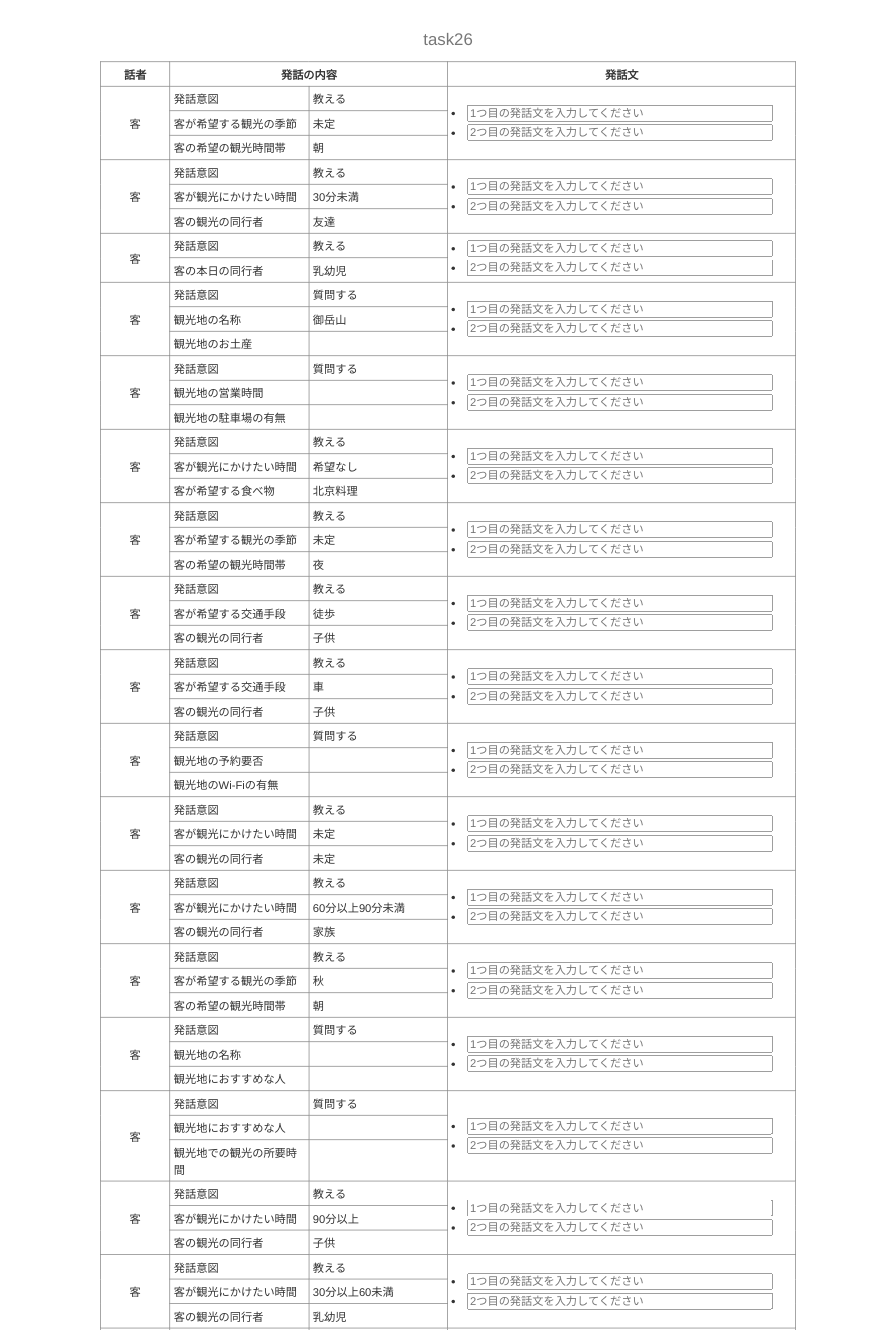
Repository: FlowRobocon/data_collection
Page: scbkfp0xf3u0.html
An editor plug-in stored every save of this project. The page is shown before and after the next save, followed by the edit.
The browser window is 1280 px wide. The pictures show the part of the page from y = 3534 to 5434 px (the page is 5827 px tall before and 5875 px after), at 70% of full size.
A picture or video elsewhere on the page could not be fetched, so the positions and the page height are approximate. Some web libraries are served in a nearby version.

Above is the page before, as saved 2022-07-24 16:29:11.

### scbkfp0xf3u0.html
<link rel="stylesheet" href="https://maxcdn.bootstrapcdn.com/bootstrap/3.3.7/css/bootstrap.min.css">

<head>
    <meta charset="utf-8">
    <title>発話作成ページ</title>
    <style>
        body {
            background-color: #ffffff;
            font-size: 16px;
        }

        td,
        th {
            padding: 5px;
        }

        p {
            clear: both;
        }

        .container {
            width: 80%;
        }

        .dialog-contents {
            background-color: lightgray;
        }

        figure.images {
            float: left;
            padding-right: 20px;
        }
    </style>
</head>

<body>
    <div class="container" id='Instruction'>
        <h2>作業概要</h2>
            <p>旅行代理店における後述の対話状況において，客の発話（話す言葉）を作成していただきます．作業内容は，<strong>指定される「発話の意図」および「発話に含めたい情報」を全て含んだ発話を作成する</strong>，というものです．</p>
            <!-- <p>※ 作業時間は40分程度と予想されます．<br>※
                <font color=red>本ページを再読み込みすると，それまでに入力された情報はすべてリセットされますのでご注意ください．</font>
            </p> -->
            <p>※<font color=red>本ページを再読み込みすると，それまでに入力された情報はすべてリセットされますのでご注意ください．</font></p>
            <h3>対話状況</h3>
                <ul style="background-color:lightgray;">
                    <li><strong>旅行代理店で客と店員（カウンターセールス）が会話している</strong></li>
                    <li><strong>客は</strong>，訪れる観光地を候補として2箇所決めており，そのどちらに行くかを店員と相談して決めたい</li>
                    <li><strong>店員は</strong>，2つの観光地の見所などを説明したり，客からの質問に答えたりしながら，観光地を決める手助けをする</li>
                </ul>
    </div>
    <div class="container" id="work">
        <h2>作業</h2>
        <p>
            <h3>1-1. CrowdWorksでのワーカーID・表示名を入力してください</h3>
            <p>ワーカーID：<input type="text" id="WorkerID" name="WorkerID" /></p>
            <p>表示名：<input type="text" id="WorkerName" name="WorkerName" /></p>
        </p>
        <!-- <p>
            <h3>1-2. ご自身の性別と年代を選択してください</h3>
            <p>
                性別：
                <input name="Gender" type="radio" value="M" />男性
                <input name="Gender" type="radio" value="F" />女性
                <input name="Gender" type="radio" value="O" />その他
            </p>
            <p>
                年齢：
                <input name="Age" type="radio" value="10~20" />10代
                <input name="Age" type="radio" value="20~30" />20代
                <input name="Age" type="radio" value="30~40" />30代
                <input name="Age" type="radio" value="40~50" />40代
                <input name="Age" type="radio" value="50~60" />50代
                <input name="Age" type="radio" value="60~" />60代以上
            </p>
        </p> -->
        <p>
            <h3>2-1. 2つの発話を作成してください</h3>
            <p>以下のガイドラインと注意事項によく目を通してから，本ページ下部の表を埋めるかたちで作業してください．</p>
            <p>
                <font color=maroon><strong>ガイドライン</strong></font>
            </p>
            <img src="figs/guidelines_image.png" width="900">
            <ul>
                <li>表の各行は，「話者」，「発話の内容」，「発話文」からなります．</li>
                <li><strong>「話者」の列には</strong>，客と店員の内，どちらの発話であるかが示されています</li>
                <li><strong>「発話の内容」の列には</strong>，あなたが作成するべき発話の意図や発話に含めたい情報が示されています．</li>
                <li><strong>「発話文」の列に</strong>，あなたが考えた「話者」が「発話の内容」を伝える際の発話文を記入します．まず，発話を<strong>一種類</strong>考えて上の入力欄に記入してください．次に，<strong>違う言い方</strong>で<strong>同じ内容</strong>を言う発話を考えて下の入力欄に記入してください．</li>
                <ul>
                    <li>発話の内容は同じまま，<strong>口調や表現，伝え方</strong>を変えることでバリエーションのある発話文を作成してください．</li>
                    <li>実際の旅行代理店で想定されるような，<strong>できるだけ自然な</strong>発話文を作成してください．</li>
                    <ul>
                        <li>テキスト文ではありますが，<strong>書き言葉ではなく</strong>対面で対話していることを想定した<strong>話し言葉</strong>で作成してください．</li>
                        <li>発話の丁寧さは，旅行代理店における対話において不自然でないと考えられる範囲で自由に設定してください．</li>
                    </ul>
                    <li>発話意図の説明は<a href="files/user_intent_explanation.pdf" target="_blank">こちら</a>をご覧ください．（CrowdWorksの添付ファイル「客の発話意図の説明.pdf」と同一の内容です）</li>
                    <li>一つの発話を複数の文で作成しても構いません．</li>
                    <li>「発話に含めたい情報」が複数指定されていることがあります．その際は，<strong>1つの発話だけ</strong>で<strong>全ての</strong>「発話に含めたい情報」を含むように発話を作成する必要があります．</li>
                        <p>【良い例】
                        <img src="figs/good_example1.png" width="900">
                        </p>
                        <p>【悪い例】
                        <img src="figs/bad_example1.png" width="900">
                        </p>
                        <li>複数の「発話に含めたい情報」を関連づけて発話文を作成しづらい場合は，「発話に含めたい情報」同士を強く関連づけず，並記するような発話文を作成していただいても大丈夫です．</li>
                    </li>
                    <li>"客の名前"に（※）が付いている場合には，話し相手をその名前で呼ぶような発話を作成してください．</li>
                    <ul>
                        <li>(例)「発話意図：質問する，客の名前（※）：鈴木，観光地への同行者：空欄」の場合</li>
                        <ul>
                            <li>「鈴木様はどなたとご観光される予定ですか？」</li>
                        </ul>
                    </ul>
                </ul>
            </ul>
            <!-- <img src="figs/1.png" width="900"> -->

            <p>
                <font color=maroon><strong>発話文を作成する際の注意事項</strong></font>
            </p>
            <ul>

                    <!-- <ul>
                        <li>指示文「<span style="background-color:lightgray">箕面大滝に関する追加情報を要求する</span>」にしたがって作成する場合
                            <ul>
                                <li>作成例：<span style="background-color:lightgray">もっと箕面大滝について知りたいんだけど</span></li>
                                <li>作成例：<span style="background-color:lightgray">箕面大滝ってどんなところなんですか</span></li>
                            </ul>
                        </li>
                    </ul>
                    <li>各時点の指示文に含まれない内容は発話文に含めないでください（直前の発話を含む，過去の店員や客の発話に含まれる観光地名なども使用しないでください）．また，各時点より先（未来）の対話の流れは考慮しないでください．</li>
                    <li><strong>指示文に<font color=blue>青色</font>で書かれた単語が含まれている場合は，<font color=maroon>その単語を必ずそのままの形で発話文に含めてください</font></strong>．
                        <ul>
                            <li>指示文「<span style="background-color:lightgray;"><font color=blue>民家集落博物館</font>への観光経験は無いことを伝える</span>」にしたがって作成する場合
                                <ul>
                                    <li><strong>良い例</strong>：<span style="background-color:lightgray">民家集落博物館は行ったことないな</span></li>
                                    <li><strong>悪い例</strong>：<span style="background-color:lightgray">民家博物館は行ったことないんです</span></li>
                                    <li><strong>悪い例</strong>：<span style="background-color:lightgray">行ったことないな</span></li>
                                </ul>
                            </li>
                        </ul>
                    </li> -->
                    <li>「発話の意図」および「発話に含めたい情報」の指定が20個並んでいますが，それぞれ前後との関係は無い独立のものとして作業を行ってください．</li>
                    <li><strong>発話文に絵文字や顔文字を含めないでください．</strong></li>
            </ul>

            <h3>2-2. 作成した発話データをダウンロードして，CrowdWorksで提出してください</h3>
            <p>表の下方に設置されている
                <font bold>ダウンロード</font>をクリックすることで，入力された発話データをCSV形式でダウンロードすることができます．ダウンロードした発話データをCrowdWorksの作業ページで提出してください．</p>
            <p>
                <font color=maroon><strong>対話データの提出に関する注意事項</strong></font>
            </p>
            <ul>
                <!-- <li>2つの対話には，それぞれのダウンロードボタンが設けられていますので，必ず両方の対話データをダウンロードして提出してください．</li> -->
                <li>ダウンロードされるCSVファイルは文字コードの関係上文字化けしたように見えるかもしれませんが，問題ありません．</li>
                <li>1度ダウンロードされた対話データのファイル名やファイルの中身は編集しないでください．</li>
                <li>ダウンロードボタンをクリックしても対話データをダウンロードできない場合，全てのフォームが正しく入力されていない可能性があります．上記1-1.~2-1.の作業が正しくできているかを確認してください．</li>
            </ul>
        </p>
        <p>上記全ての作業が正確に行われていることが確認でき次第，CrowdWorksにてお仕事を承認し報酬をお支払いします．ただし，<strong>作業がインストラクション通りに行われていない場合や，明らかに対話の流れに沿わない発話や無関係な発話が確認できた場合は，不適切とみなし非承認とすることがありますのでご注意ください</strong>．</p>

    </div>
    <div class="container" id='Table1'></div>
    <div class="container" id='submit_button-1'>
        <br>
        <center><button class="btn btn-primary" id="submit-1" onclick="submit(0)">ダウンロード</button></center>
        <br>
    </div>
<!--     <script src="data/example.js"></script> -->
    <script src="script.js"></script>
    <script src="https://ajax.googleapis.com/ajax/libs/jquery/3.2.1/jquery.min.js"></script>
    <script language="javascript" type="text/javascript">
        let task_id = Math.floor(Math.random()*50);
        var speaker = "user"
        var json_data = ""
        $.getJSON("data/da_list-2022-0724/da_list-user-max2/group0/task" + String(task_id) + ".json", function(json) {
        json_data = json
        // console.log(String(task_id))
        // console.log(json);
        document.getElementById('Table1').innerHTML = create_table(task_id, json_data);
        });
    </script>

</body>

### script.js
const shuffle = ([...array]) => {
    for (let i = array.length - 1; i >= 0; i--) {
        const j = Math.floor(Math.random() * (i + 1));
        [array[i], array[j]] = [array[j], array[i]];
    }
    return array;
};


function create_table(task_id, json_data) {
    // const json_data = '[{"id": 1,"speaker": "user","intent": "教える","slots": {"客の名前": "鈴木"}},{"id": 2,"speaker": "system","intent": "観光地の名称を確認する","slots": {"客の名前": "鈴木","観光地1の名称": "お台場海浜公園","観光地2の名称": "第三台場"}}]';
    const dialog = json_data;

    var t_re = "";
    let table_title = "task" + task_id;

    t_re += '<table border="1" style="width:100%" align="center">' +
        '<caption>' +
        '<div class="text-center">' +
        '</br></br>' +
        '<h3>' +
        table_title +
        '</h3>' +
        '</div>' +
        '</caption>' +
        '<tbody>' +
        '<th style="width:10%; text-align:center">話者</th>' +
        '<th style="width:40%; text-align:center" colspan="2">発話の内容</th>' +
        '<th style="width:50%; text-align:center">発話文</th>'

    for (var i = 0; i < dialog.length; i++) {
        var table_tmp = '<tr>'
        let rowspan = String(1+Object.keys(dialog[i].slots).length)
        if (dialog[i].speaker == "system") {
            table_tmp += '<td style="width:10%; text-align:center" rowspan='+ rowspan + '>店員</td>'
        } else if (dialog[i].speaker == "user") {
            table_tmp += '<td style="width:10%; text-align:center" rowspan='+ rowspan + '>客</td>'
        }

        table_tmp += '<td style="width:20%;">発話意図</td><td style="width:20%;">' + dialog[i].intent + '</td>'
        table_tmp += '<td rowspan=' + rowspan + '>' +
            '<li><input type="text" id="' + task_id + "_" + dialog[i].id + "_" + dialog[i].speaker + "_utterance1" + '" name="' + dialog[i].id + "_" + i + "_" + dialog[i].speaker + "_utterance1" + '" style="width:90%;margin:2 0px;resize:none" placeholder="1つ目の発話文を入力してください"/></li>' +
            '<li><input type="text" id="' + task_id + "_" + dialog[i].id + "_" + dialog[i].speaker + "_utterance2" + '" name="' + dialog[i].id + "_" + i + "_" + dialog[i].speaker + "_utterance2" + '" style="width:90%;margin:2 0px;resize:none" placeholder="2つ目の発話文を入力してください"/></li>' +
            '</td></tr>';
        for (var s = 0; s < Object.keys(dialog[i].slots).length; s++) {
            if (Object.values(dialog[i].slots)[s] == "?") {
                table_tmp += '<tr><td style="width:20%;">' + Object.keys(dialog[i].slots)[s] + '</td><td style="width:20%;"></td></tr>'
            } else {
                table_tmp += '<tr><td style="width:20%;">' + Object.keys(dialog[i].slots)[s] + '</td><td style="width:20%;">' + Object.values(dialog[i].slots)[s] + '</td></tr>'
            }
        }
        t_re += table_tmp;
    }
    return t_re
};


function download(filename, text) {
    var pom = document.createElement('a');
    pom.setAttribute('href', 'data:text/plain;charset=utf-8,' + encodeURIComponent(text));
    pom.setAttribute('download', filename);
    if (document.createEvent) {
        var event = document.createEvent('MouseEvents');
        event.initEvent('click', true, true);
        pom.dispatchEvent(event);
    } else {
        pom.click();
    }
};


function submit(table_id) {
    // var dialog = json_data;
    var all_checked = true;
    var text_write = "id,speaker,intent,slots.keys,slots.values,utterance1,utterance2\n";

    // var gender = "";
    // var age = "";
    for (var j = 0; j < document.getElementsByName("Gender").length; j++) {
        if (document.getElementsByName("Gender")[j].checked) {
            gender = document.getElementsByName("Gender")[j].value;
        }
    }

    for (var j = 0; j < document.getElementsByName("Age").length; j++) {
        if (document.getElementsByName("Age")[j].checked) {
            age = document.getElementsByName("Age")[j].value;
        }
    }

    // if (document.getElementById("WorkerID").value == "" || age == "" || gender == "") {
    if (document.getElementById("WorkerID").value == "" || document.getElementById("WorkerName").value == "") {
        all_checked = false;
        // alert("ワーカーID，性別，年代を入力してください．");
        alert("ワーカーID、CrowdWorksでの表示名を入力してください．");
        return;
    }

    for (var i = 0; i < json_data.length; i++) {
        var value_tmp = json_data[i].id + "," + json_data[i].speaker + "," + json_data[i].intent + ",";
        var value_tmp_slots_keys = "";
        var value_tmp_slots_values = "";
        for (var j = 0; j < Object.keys(json_data[i].slots).length; j++) {
            value_tmp_slots_keys += Object.keys(json_data[i].slots)[j] + " ";
            value_tmp_slots_values += Object.values(json_data[i].slots)[j] + " ";
        }
        value_tmp += value_tmp_slots_keys.trimRight() + "," + value_tmp_slots_values.trimRight() + ",";

        var replace1 = "";
        var replace2 = "";
        replace1 = document.getElementById(task_id + "_" + json_data[i].id + '_' + json_data[i].speaker + "_utterance1").value;
        replace2 = document.getElementById(task_id + "_" + json_data[i].id + '_' + json_data[i].speaker + "_utterance2").value;
        if (replace1 == "" || replace2 == "") {
            all_checked = false;
            alert("入力されていない発話があります．");
            return;
        } else {
            value_tmp += replace1 + "," + replace2;
        }
        text_write += value_tmp + "\n";
    }

    if (all_checked == true) download(speaker + "_" + table_id + "_" + task_id + "_" + document.getElementById("WorkerID").value + "_" + document.getElementById("WorkerName").value + ".csv", text_write);
    else alert("入力されていない発話があります．");
};

### data/da_list-2022-0724/da_list-user-max2/group0/task26.json
[
    {
        "id": "u00000944",
        "speaker": "user",
        "intent": "教える",
        "slots": {
            "客が希望する観光の季節": "未定",
            "客の希望の観光時間帯": "朝"
        }
    },
    {
        "id": "u00000567",
        "speaker": "user",
        "intent": "教える",
        "slots": {
            "客が観光にかけたい時間": "30分未満",
            "客の観光の同行者": "友達"
        }
    },
    {
        "id": "u00000356",
        "speaker": "user",
        "intent": "教える",
        "slots": {
            "客の本日の同行者": "乳幼児"
        }
    },
    {
        "id": "u00000068",
        "speaker": "user",
        "intent": "質問する",
        "slots": {
            "観光地の名称": "御岳山",
            "観光地のお土産": "?"
        }
    },
    {
        "id": "u00000121",
        "speaker": "user",
        "intent": "質問する",
        "slots": {
            "観光地の営業時間": "?",
            "観光地の駐車場の有無": "?"
        }
    },
    {
        "id": "u00000879",
        "speaker": "user",
        "intent": "教える",
        "slots": {
            "客が観光にかけたい時間": "希望なし",
            "客が希望する食べ物": "北京料理"
        }
    },
    {
        "id": "u00000947",
        "speaker": "user",
        "intent": "教える",
        "slots": {
            "客が希望する観光の季節": "未定",
            "客の希望の観光時間帯": "夜"
        }
    },
    {
        "id": "u00000456",
        "speaker": "user",
        "intent": "教える",
        "slots": {
            "客が希望する交通手段": "徒歩",
            "客の観光の同行者": "子供"
        }
    },
    {
        "id": "u00000416",
        "speaker": "user",
        "intent": "教える",
        "slots": {
            "客が希望する交通手段": "車",
            "客の観光の同行者": "子供"
        }
    },
    {
        "id": "u00000230",
        "speaker": "user",
        "intent": "質問する",
        "slots": {
            "観光地の予約要否": "?",
            "観光地のWi-Fiの有無": "?"
        }
    },
    {
        "id": "u00000543",
        "speaker": "user",
        "intent": "教える",
        "slots": {
            "客が観光にかけたい時間": "未定",
            "客の観光の同行者": "未定"
        }
    },
    {
        "id": "u00000589",
        "speaker": "user",
        "intent": "教える",
        "slots": {
            "客が観光にかけたい時間": "60分以上90分未満",
            "客の観光の同行者": "家族"
        }
    },
    {
        "id": "u00000968",
        "speaker": "user",
        "intent": "教える",
        "slots": {
            "客が希望する観光の季節": "秋",
            "客の希望の観光時間帯": "朝"
        }
    },
    {
        "id": "u00000061",
        "speaker": "user",
        "intent": "質問する",
        "slots": {
            "観光地の名称": "?",
            "観光地におすすめな人": "?"
        }
    },
    {
        "id": "u00000176",
        "speaker": "user",
        "intent": "質問する",
        "slots": {
            "観光地におすすめな人": "?",
            "観光地での観光の所要時間": "?"
        }
    },
    {
        "id": "u00000596",
        "speaker": "user",
        "intent": "教える",
        "slots": {
            "客が観光にかけたい時間": "90分以上",
            "客の観光の同行者": "子供"
        }
    },
    {
        "id": "u00000575",
        "speaker": "user",
        "intent": "教える",
        "slots": {
            "客が観光にかけたい時間": "30分以上60未満",
            "客の観光の同行者": "乳幼児"
        }
    },
    {
        "id": "u00000170",
        "speaker": "user",
        "intent": "質問する",
        "slots": {
            "観光地におすすめな時期": "?",
            "観光地の駐車場の有無": "?"
        }
    },
    {
        "id": "u00000548",
        "speaker": "user",
        "intent": "教える",
        "slots": {
            "客が観光にかけたい時間": "未定",
            "客の観光の同行者": "恋人"
        }
    },
    {
        "id": "u00000164",
        "speaker": "user",
        "intent": "質問する",
        "slots": {
            "観光地におすすめな人": "?",
            "観光地の最寄り駅": "?"
        }
    }
]

### data/da_list-2022-0724-1900/da_list-user-max2/group0/task26.json
[
    {
        "id": "u00000401",
        "speaker": "user",
        "intent": "教える",
        "slots": {
            "客の観光の同行者": "未定",
            "客が希望する交通手段": "車"
        }
    },
    {
        "id": "u00000656",
        "speaker": "user",
        "intent": "教える",
        "slots": {
            "客の観光の同行者": "家族",
            "客の希望の観光時間帯": "希望なし"
        }
    },
    {
        "id": "u00001091",
        "speaker": "user",
        "intent": "教える",
        "slots": {
            "客の本日の同行者": "乳幼児",
            "客の本日の交通手段": "徒歩"
        }
    },
    {
        "id": "u00001048",
        "speaker": "user",
        "intent": "教える",
        "slots": {
            "客が観光にかけたい時間": "60分以上90分未満",
            "客の希望の観光時間帯": "未定"
        }
    },
    {
        "id": "u00000934",
        "speaker": "user",
        "intent": "教える",
        "slots": {
            "客が観光にかけたい時間": "60分以上90分未満",
            "客が希望する観光の季節": "秋"
        }
    },
    {
        "id": "u00000022",
        "speaker": "user",
        "intent": "質問する",
        "slots": {
            "観光地の手荷物預かりの有無": "?"
        }
    },
    {
        "id": "u00001040",
        "speaker": "user",
        "intent": "教える",
        "slots": {
            "客が観光にかけたい時間": "30分未満",
            "客の希望の観光時間帯": "午後"
        }
    },
    {
        "id": "u00001082",
        "speaker": "user",
        "intent": "教える",
        "slots": {
            "客の趣味": "ボランティア",
            "客の希望の観光時間帯": "午後"
        }
    },
    {
        "id": "u00000969",
        "speaker": "user",
        "intent": "教える",
        "slots": {
            "客の希望の観光時間帯": "日中",
            "客が希望する観光の季節": "夏"
        }
    },
    {
        "id": "u00000855",
        "speaker": "user",
        "intent": "教える",
        "slots": {
            "客の希望の観光時間帯": "夜",
            "客が希望する交通手段": "徒歩"
        }
    },
    {
        "id": "u00000475",
        "speaker": "user",
        "intent": "教える",
        "slots": {
            "客の観光の同行者": "家族",
            "客が希望する食べ物": "焼きそば"
        }
    },
    {
        "id": "u00000677",
        "speaker": "user",
        "intent": "教える",
        "slots": {
            "客の観光の同行者": "歴史好き",
            "客の希望の観光時間帯": "午後"
        }
    },
    {
        "id": "u00001146",
        "speaker": "user",
        "intent": "教える",
        "slots": {
            "客の希望の観光時間帯": "午後",
            "客がインドア派かアウトドア派か": "アウトドア"
        }
    },
    {
        "id": "u00000970",
        "speaker": "user",
        "intent": "教える",
        "slots": {
            "客の希望の観光時間帯": "日中",
            "客が希望する観光の季節": "秋"
        }
    },
    {
        "id": "u00000595",
        "speaker": "user",
        "intent": "教える",
        "slots": {
            "客の観光の同行者": "ペット",
            "客が観光にかけたい時間": "60分以上90分未満"
        }
    },
    {
        "id": "u00000626",
        "speaker": "user",
        "intent": "教える",
        "slots": {
            "客の観光の同行者": "なし",
            "客の希望の観光時間帯": "希望なし"
        }
    },
    {
        "id": "u00000135",
        "speaker": "user",
        "intent": "質問する",
        "slots": {
            "観光地の車でのアクセス": "?",
            "観光地の定休日": "?"
        }
    },
    {
        "id": "u00000241",
        "speaker": "user",
        "intent": "質問する",
        "slots": {
            "観光地の広さ": "?",
            "観光地のWi-Fiの有無": "?"
        }
    },
    {
        "id": "u00000194",
        "speaker": "user",
        "intent": "質問する",
        "slots": {
            "観光地のお土産": "?",
            "観光地の予約要否": "?"
        }
    },
    {
        "id": "u00000708",
        "speaker": "user",
        "intent": "教える",
        "slots": {
            "客の観光の同行者": "歴史好き",
            "客がインドア派かアウトドア派か": "アウトドア"
        }
    }
]

After the next save:
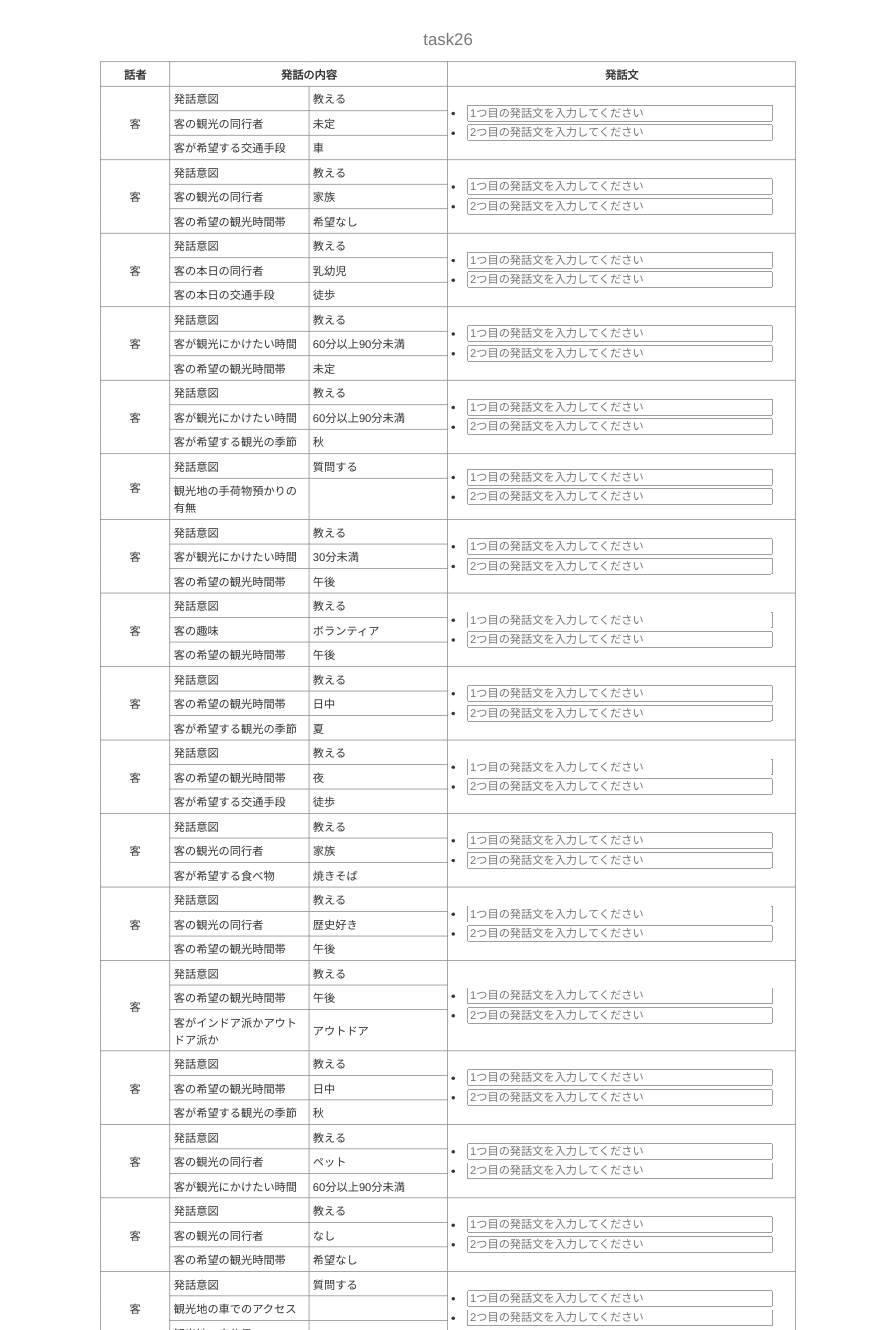
Saved 2 h 42 min later.
--- a/scbkfp0xf3u0.html
+++ b/scbkfp0xf3u0.html
@@ -172,7 +172,7 @@
         let task_id = Math.floor(Math.random()*50);
         var speaker = "user"
         var json_data = ""
-        $.getJSON("data/da_list-2022-0724/da_list-user-max2/group0/task" + String(task_id) + ".json", function(json) {
+        $.getJSON("data/da_list-2022-0724-1900/da_list-user-max2/group0/task" + String(task_id) + ".json", function(json) {
         json_data = json
         // console.log(String(task_id))
         // console.log(json);
